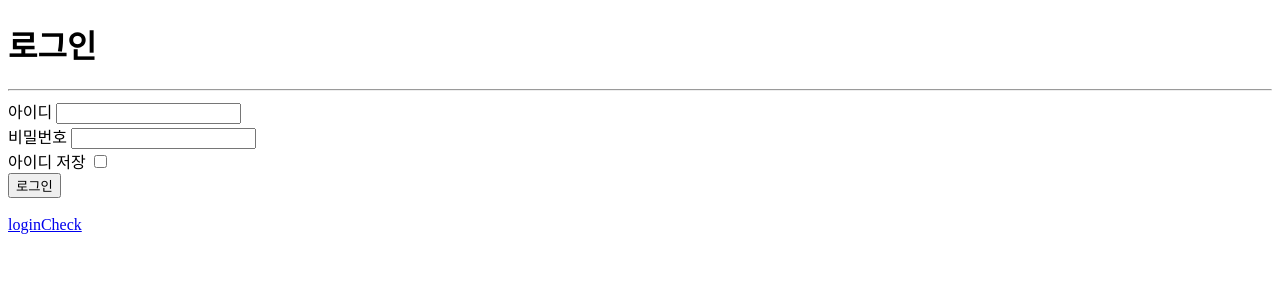
Repository: hhw9797/bitcampjn201904
Page: http://localhost/FirstWeb/cookie/member/loginForm.jsp
The author's editor kept a copy of each file at every save. The page is drawn from the files as they stood at one save, then again after the next save.
The browser window is 1280 px wide. The pictures show the whole page.
The page is served by Tomcat 9.

Above is the page before, as saved 2019-06-26 01:46:49.

After the next save:
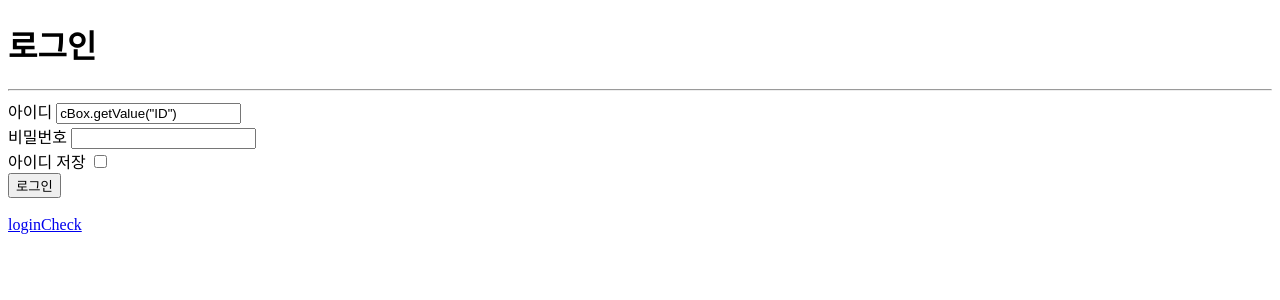
Saved 5 s later.
--- a/html/html5/jsp/FirstWeb/WebContent/cookie/member/loginForm.jsp
+++ b/html/html5/jsp/FirstWeb/WebContent/cookie/member/loginForm.jsp
@@ -14,7 +14,7 @@
 	<h1>로그인</h1>
 	<hr>
 	<form action="login.jsp" method="post">
-		아이디 <input type="text" name="id" value=> <br>
+		아이디 <input type="text" name="id" value=cBox.getValue("ID")> <br>
 		비밀번호 <input type="password" name="pw"> <br>
 		아이디 저장 <input type="checkbox" name="idSave"> <br>
 		<input type="submit" value="로그인"> <br>

After the save that followed:
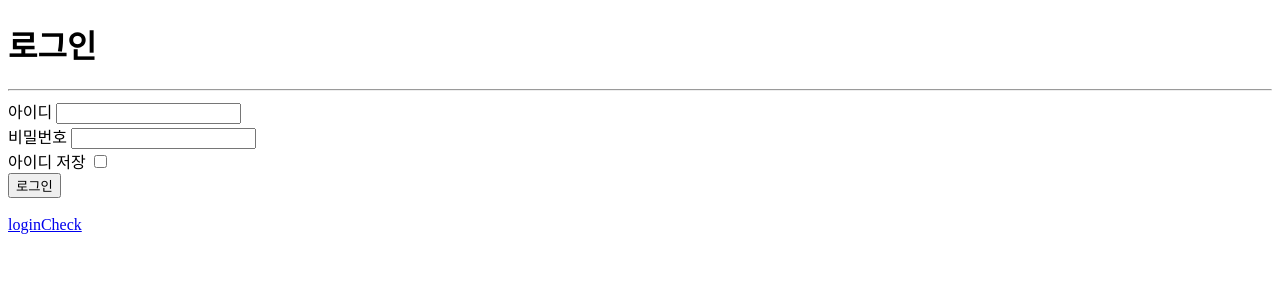
Saved 8 s later.
--- a/html/html5/jsp/FirstWeb/WebContent/cookie/member/loginForm.jsp
+++ b/html/html5/jsp/FirstWeb/WebContent/cookie/member/loginForm.jsp
@@ -14,7 +14,7 @@
 	<h1>로그인</h1>
 	<hr>
 	<form action="login.jsp" method="post">
-		아이디 <input type="text" name="id" value=cBox.getValue("ID")> <br>
+		아이디 <input type="text" name="id" value=> <br>
 		비밀번호 <input type="password" name="pw"> <br>
 		아이디 저장 <input type="checkbox" name="idSave"> <br>
 		<input type="submit" value="로그인"> <br>
